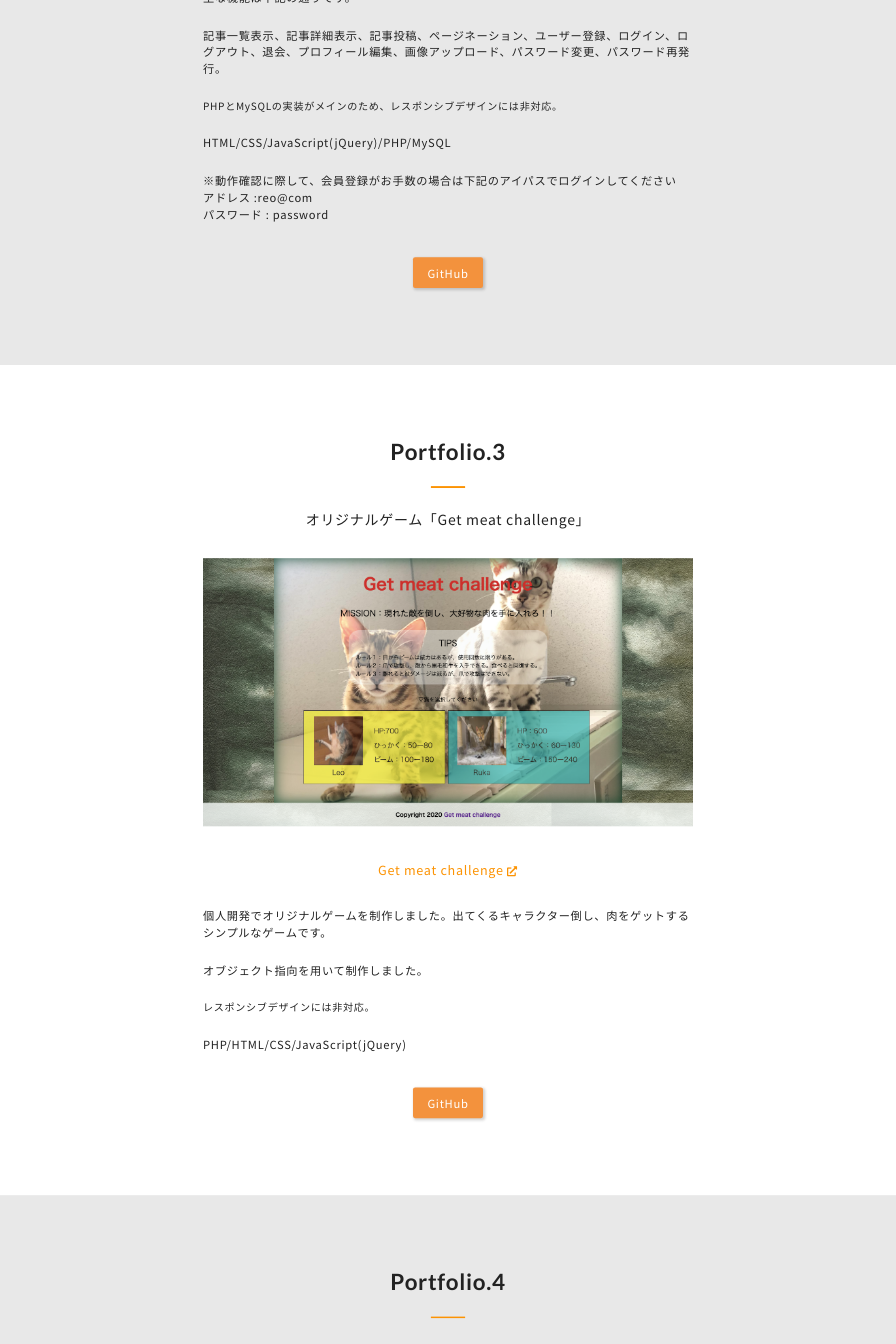
Repository: shuehi23/Portfolio
Page: portfolio/portfolio.html
These files come from the project's save history. The page is drawn as it stood at one moment and after the next save; the edit follows.
The browser window is 1280 px wide. The pictures show the part of the page from y = 2839 to 4759 px (the page is 7238 px tall before and 7034 px after), at 70% of full size.
A picture or video elsewhere on the page could not be fetched, so the positions and the page height are approximate. Some web libraries are served in a nearby version.

Above is the page before, as saved 2020-10-24 10:32:59.

### portfolio/portfolio.html
<!DOCTYPE html>
<html lang="ja">
<head>
  <meta charset="UTF-8">
  <meta name="viewport" content="width=device-width, initial-scale=1.0">
  <meta http-equiv="X-UA-Compatible" content="ie=edge">
  <title>Suhei's Portfolio</title>
  <!-- Google Fontsの読み込み -->
  <link href="https://fonts.googleapis.com/css?family=Lato:400,700|Noto+Sans+JP:400,700&display=swap&subset=japanese" rel="stylesheet">
  <!-- FontAwesomeの読み込み -->
  <link href="https://use.fontawesome.com/releases/v5.12.0/css/all.css" rel="stylesheet">
  <link rel="stylesheet" href="../css/stylesheet.css">
</head>
<body id="DETAIL">
  <!-- Navigation -->
  <nav class="l-navigation" id="mainNav">
    <div class="container">
      <a class="l-navigation_logo" href="">Shuhei's Portfolio</a>
      <div class="menu-trigger js-toggle-sp-menu">
        <span></span>
        <span></span>
        <span></span>
      </div>
      <ul class="l-navigation_list js-toggle-sp-menu-target">
        <li class="l-navigation_item">
          <a class="l-navigation_link" href="index.html#homt">Home</a>
        </li>
        <li class="l-navigation_item">
          <a class="l-navigation_link" href="index.html#portfolio">Portfolio</a>
        </li>
        <li class="l-navigation_item">
          <a class="l-navigation_link" href="index.html#skill">Skill</a>
        </li>
        <li class="l-navigation_item">
          <a class="l-navigation_link" href="index.html#contact">Contact</a>
        </li>
      </ul>
    </div>
  </nav>
  <!-- ヘッダー -->
  <header id="header" class="l-header">
    <div class="l-header_container l-content-wrap-default">
      <h1 class="l-header_title">
         shuhei's Portfolio
      </h1>
      <hr>
      <p class="l-header_text">
         My Portfolio. I hope you enjoy viewing my Portfolio.
      </p>
    </div>
  </header>

  <!-- メインコンテンツ -->
  <main id="main" class="l-main">
    <!-- ポートフォリオ１ -->
    <article id="portfolio01" class="p-detail">
      <div class="p-detail_container l-content-wrap-default">
        <h2 class="p-detail_title">Portfolio.1</h2>
        <hr>
        <h3 class="p-detail_subtitle">サンプルWEBサイト</h3>
        <img src="../image/portfolio01.jpg" alt="" class="p-detail_image">
        <div class="p-detail_link-wrap">
          <a href="#" class="p-detail_link">
            Overseas Sport Tour <i class="fas fa-external-link-alt p-detail_icon"></i>
          </a>
        </div>

        <p class="p-detail_text">
          海外アスリート応援ツアーをイメージして制作しました。
        </p>
        <p class="p-detail_text_small">
          レスポンシブデザインに対応。
        </p>
        <p class="p-detail_text">
          HTML/Scss/bootstrap/JavaScript(jQuery)
        </p>
        <p class="p-detail_text c-btn--wrap">
          <a href="#" class="c-btn--link">GitHub</a>
        </p>
      </div>
    </article>
    <!-- ポートフォリオ２ -->
    <article id="portfolio02" class="p-detail">
      <div class="p-detail_container l-content-wrap-default">
        <h2 class="p-detail_title">Portfolio.2</h2>
        <hr>
        <h3 class="p-detail_subtitle">WEBサービス「Connect With Sports」</h3>
        <img src="../image/connect.jpg" alt="" class="p-detail_image">
        <div class="p-detail_link-wrap">
          <a href="#" class="p-detail_link">
            Connect With Sports <i class="fas fa-external-link-alt p-detail_icon"></i>
          </a>
        </div>
        <p class="p-detail_text">
              個人開発でオリジナルWEBサービスを制作しました。スポーツを通じて繋がることができるWEBサービスです。
        </p>
        <p class="p-detail_text">
              主な機能は下記の通りです。
        </p>
        <p class="p-detail_text">
              記事一覧表示、記事詳細表示、記事投稿、ページネーション、ユーザー登録、ログイン、ログアウト、退会、プロフィール編集、画像アップロード、パスワード変更、パスワード再発行。
        </p>
        <p class="p-detail_text_small">
              PHPとMySQLの実装がメインのため、レスポンシブデザインには非対応。
            </p>
        <p class="p-detail_text">
              HTML/CSS/JavaScript(jQuery)/PHP/MySQL
        </p>
        <p class="p-detail_text">
          ※動作確認に際して、会員登録がお手数の場合は下記のアイパスでログインしてください<br>
          アドレス :reo@com<br>
          パスワード : password
        </p>
        <p class="p-detail_text c-btn--wrap">
          <a href="#" class="c-btn--link">GitHub</a>
        </p>
      </div>
    </article>
    <!-- ポートフォリオ３ -->
    <article id="portfolio03" class="p-detail">
      <div class="p-detail_container l-content-wrap-default">
        <h2 class="p-detail_title">Portfolio.3</h2>
        <hr>
        <h3 class="p-detail_subtitle">オリジナルゲーム「Get meat challenge」</h3>
        <img src="../image/game.jpg" alt="" class="p-detail_image">
        <div class="p-detail_link-wrap">
          <a href="#" class="p-detail_link">
            Get meat challenge<i class="fas fa-external-link-alt p-detail_icon"></i>
          </a>
        </div>
        <p class="p-detail_text">
                  個人開発でオリジナルゲームを制作しました。出てくるキャラクター倒し、肉をゲットするシンプルなゲームです。
        </p>
        <p class="p-detail_text">
                  オブジェクト指向を用いて制作しました。
        </p>
        <p class="p-detail_text_small">
                  レスポンシブデザインには非対応。
        </p>
        <p class="p-detail_text">
                  PHP/HTML/CSS/JavaScript(jQuery)
        </p>
        <p class="p-detail_text c-btn--wrap">
          <a href="#" class="c-btn--link">GitHub</a>
        </p>
      </div>
    </article>
    <!-- ポートフォリオ4 -->
    <article id="portfolio04" class="p-detail">
      <div class="p-detail_container l-content-wrap-default">
        <h2 class="p-detail_title">Portfolio.4</h2>
        <hr>
        <h3 class="p-detail_subtitle">WEBサイト「Wisdom UP!!」</h3>
        <img src="../image/wisdom.jpg" alt="" class="p-detail_image">
        <div class="p-detail_link-wrap">
          <a href="#" class="p-detail_link">
            Wisdom UP!!<i class="fas fa-external-link-alt p-detail_icon"></i>
          </a>
        </div>
        <p class="p-detail_text">
                  個人開発でおすすめの本を紹介するサイトを制作しました。
        </p>
        <p class="p-detail_text">
                  主な機能は下記の通りです。
        </p>
        <p class="p-detail_text">
                  投稿記事一覧表示、記事詳細表示、記事投稿、ページネーション、ユーザー登録、ログイン、ログアウト、退会、プロフィール編集、画像アップロード、パスワード変更、パスワード再発行。<br>
                  また、いいね機能はaxiosを使った非同期通信で実装しました。
        </p>
        <p class="p-detail_text_small">
                  レスポンシブデザインに対応。
        </p>
        <p class="p-detail_text">
                  HTML/SASS(scss)/Laravel/Vue.js/MySQL/MAMP環境
        </p>
        <p class="p-detail_text">
                  ※動作確認に際して、会員登録がお手数の場合は下記のアイパスでログインしてください<br>
                  アドレス :reo@com<br>
                  パスワード : password
        </p>
        <p class="p-detail_text c-btn--wrap">
          <a href="#" class="c-btn--link">GitHub</a>
        </p>
      </div>
    </article>
    <!-- ポートフォリオ5 -->
    <article id="portfolio04" class="p-detail">
      <div class="p-detail_container l-content-wrap-default">
        <h2 class="p-detail_title">Portfolio.4</h2>
        <hr>
        <h3 class="p-detail_subtitle">ポートフォリオ</h3>
        <img src="../image/portfolio.jpg" alt="" class="p-detail_image">
        <div class="p-detail_link-wrap">
          <a href="#" class="p-detail_link">
            Shuhei's Portfolio<i class="fas fa-external-link-alt p-detail_icon"></i>
          </a>
        </div>
        <p class="p-detail_text">
                      当ポートフォリオサイトです。スキルやポートフォリオが分かりやすいように意識しています。
        </p>
        <p class="p-detail_text_small">
                      レスポンシブデザインに対応。
        </p>
        <p class="p-detail_text">
                      HTML/CSS/JavaScript(jQuery)
        </p>
        <p class="p-deteail_text c-btn--wrap">
          <a href="#" class="c-btn--link">GitHub</a>
        </p>
      </div>
    </article>
  </main>
  <!-- フッター -->
  <footer id="footer" class="l-footer">
    <div class="l-footer_container l-content-wrap-default">
      <p class="l-footer_title">Shuhei's portfolio</p>
      <small class="l-footer_copyright">
        &copy 2020 Shuhei's Portfolio All Right Reserved.
      </small>
    </div>
    <button type="button" class="l-footer_button js-scroll-top">
      <i class="fas fa-angle-double-up l-footer_go-to-top"></i>
    </button>
  </footer>
  <script src="https://code.jquery.com/jquery-3.4.1.min.js" integrity="sha256-CSXorXvZcTkaix6Yvo6HppcZGetbYMGWSFlBw8HfCJo=" crossorigin="anonymous"></script>
  <!-- smooth-scroll.jsのファイルを読み込み -->
  <script src="https://cdn.jsdelivr.net/gh/cferdinandi/smooth-scroll/dist/smooth-scroll.polyfills.min.js"></script>
  <!-- JavaScriptファイルの読み込み -->
  <script src="../js/main.js"></script>
</body>
</html>

Loaded but not shown: js/main.js (62 lines, source omitted); css/stylesheet.css (957 lines, source omitted)

After the next save:
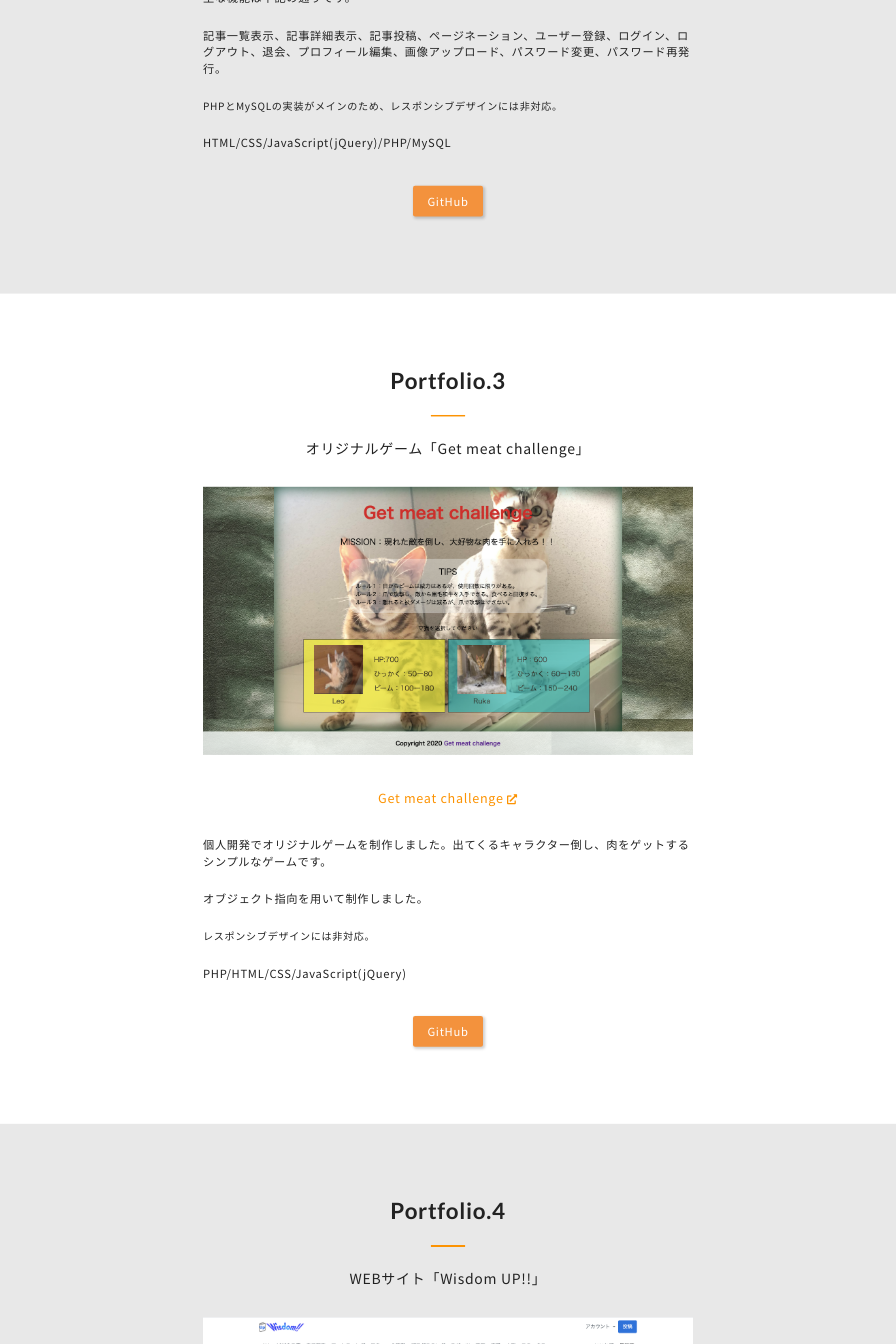
Saved 2 min 56 s later.
--- a/portfolio/portfolio.html
+++ b/portfolio/portfolio.html
@@ -106,11 +106,6 @@
         <p class="p-detail_text">
               HTML/CSS/JavaScript(jQuery)/PHP/MySQL
         </p>
-        <p class="p-detail_text">
-          ※動作確認に際して、会員登録がお手数の場合は下記のアイパスでログインしてください<br>
-          アドレス :reo@com<br>
-          パスワード : password
-        </p>
         <p class="p-detail_text c-btn--wrap">
           <a href="#" class="c-btn--link">GitHub</a>
         </p>
@@ -172,11 +167,6 @@
         </p>
         <p class="p-detail_text">
                   HTML/SASS(scss)/Laravel/Vue.js/MySQL/MAMP環境
-        </p>
-        <p class="p-detail_text">
-                  ※動作確認に際して、会員登録がお手数の場合は下記のアイパスでログインしてください<br>
-                  アドレス :reo@com<br>
-                  パスワード : password
         </p>
         <p class="p-detail_text c-btn--wrap">
           <a href="#" class="c-btn--link">GitHub</a>
